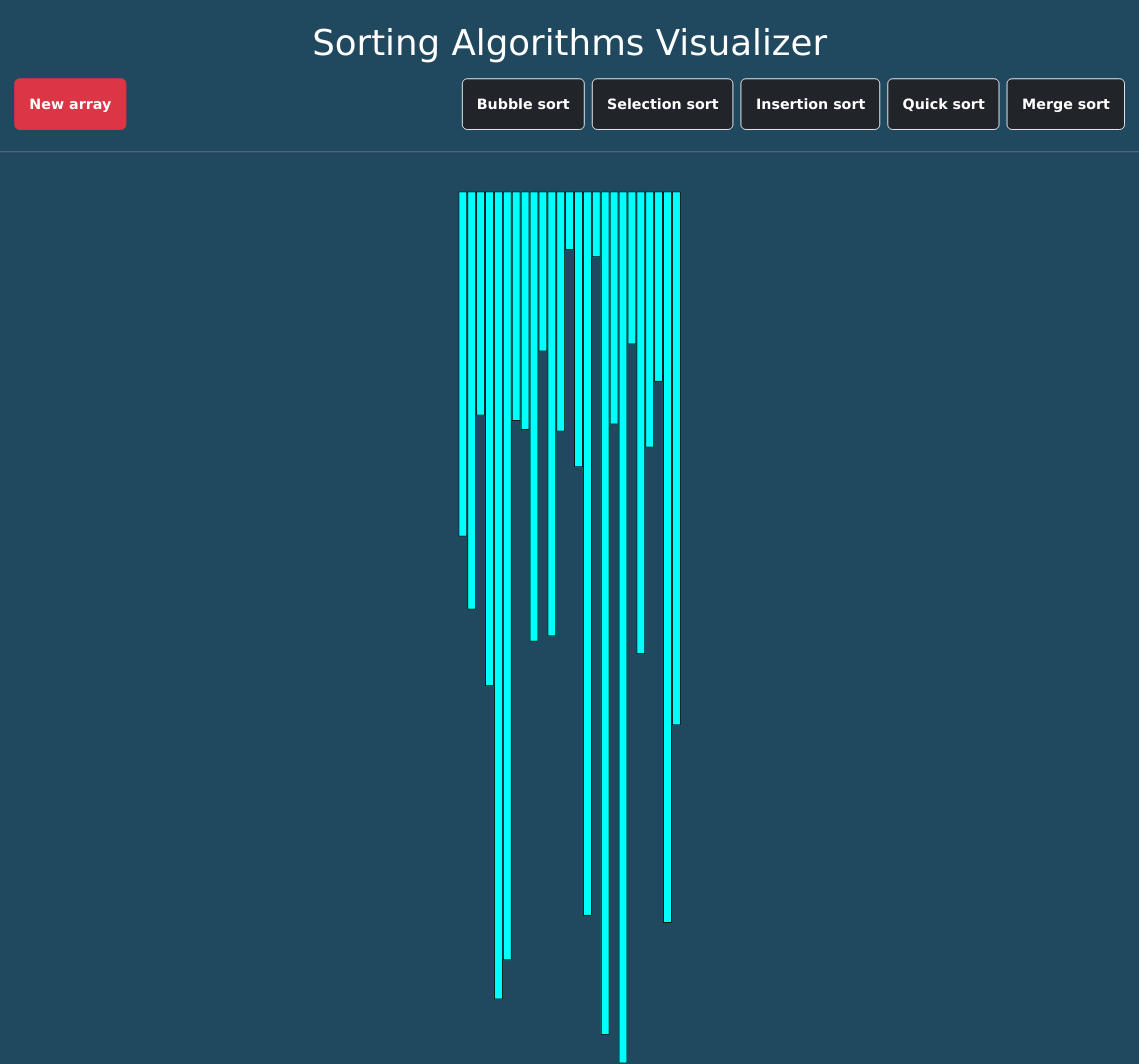
Repository: Vasil1001/Sorting-Algorithms-Visualizer-js
Page: views/index.html
An editor plug-in stored every save of this project. The page is shown before and after the next save, followed by the edit.
The browser window is 1280 px wide. The pictures show the whole page, at 89% of full size.

Above is the page before, as saved 2022-11-03 18:06:22.

After the next save:
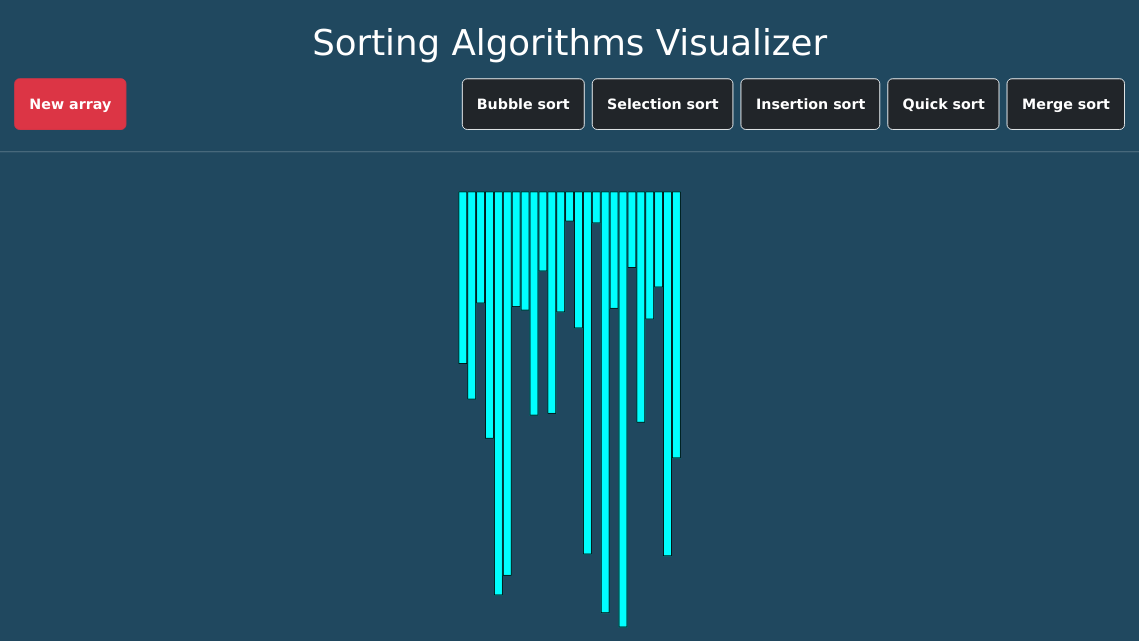
Saved 4 s later.
--- a/sort_algos_js_files/index.js
+++ b/sort_algos_js_files/index.js
@@ -14,7 +14,7 @@ function createBarArray() {
 
     // get a random number and add it to the array until there are 100 in array
     for (numberOfBars = 0; numberOfBars < l; numberOfBars++) {
-        random_array_100.push(Math.round(Math.random() * l * 20));
+        random_array_100.push(Math.round(Math.random() * l * 10));
     }
     // print 100 random numbers of the array
     console.log(random_array_100);
